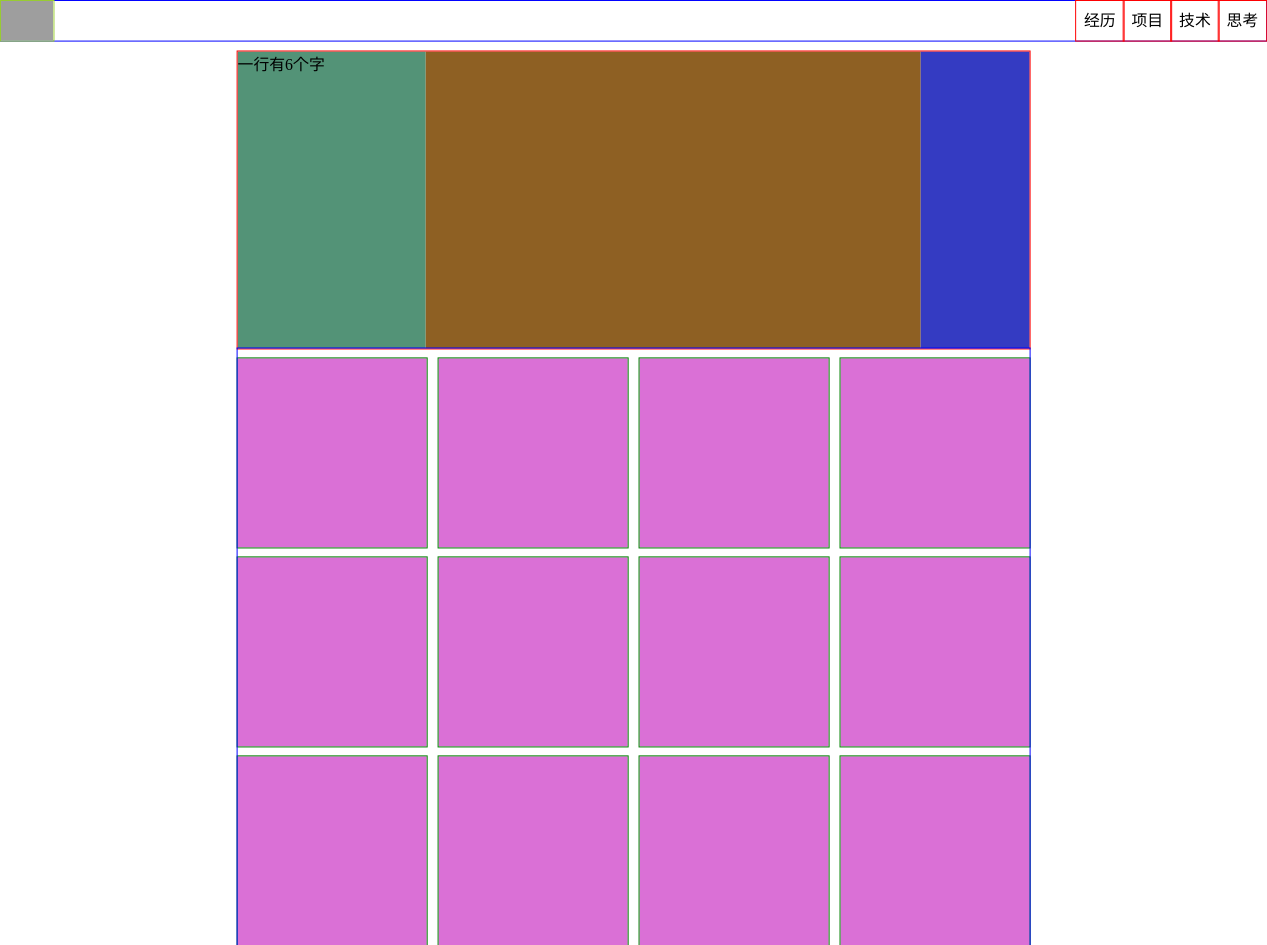
Repository: Lixianlai-2/Css-practice
Page: flex布局/index.html
The author's editor kept a copy of each file at every save. The page is drawn from the files as they stood at one save, then again after the next save.
The browser window is 1280 px wide. The pictures show the whole page, at 99% of full size.
Pictures or frames that could not be fetched are drawn as grey boxes.

Above is the page before, as saved 2021-12-04 11:28:55.

After the next save:
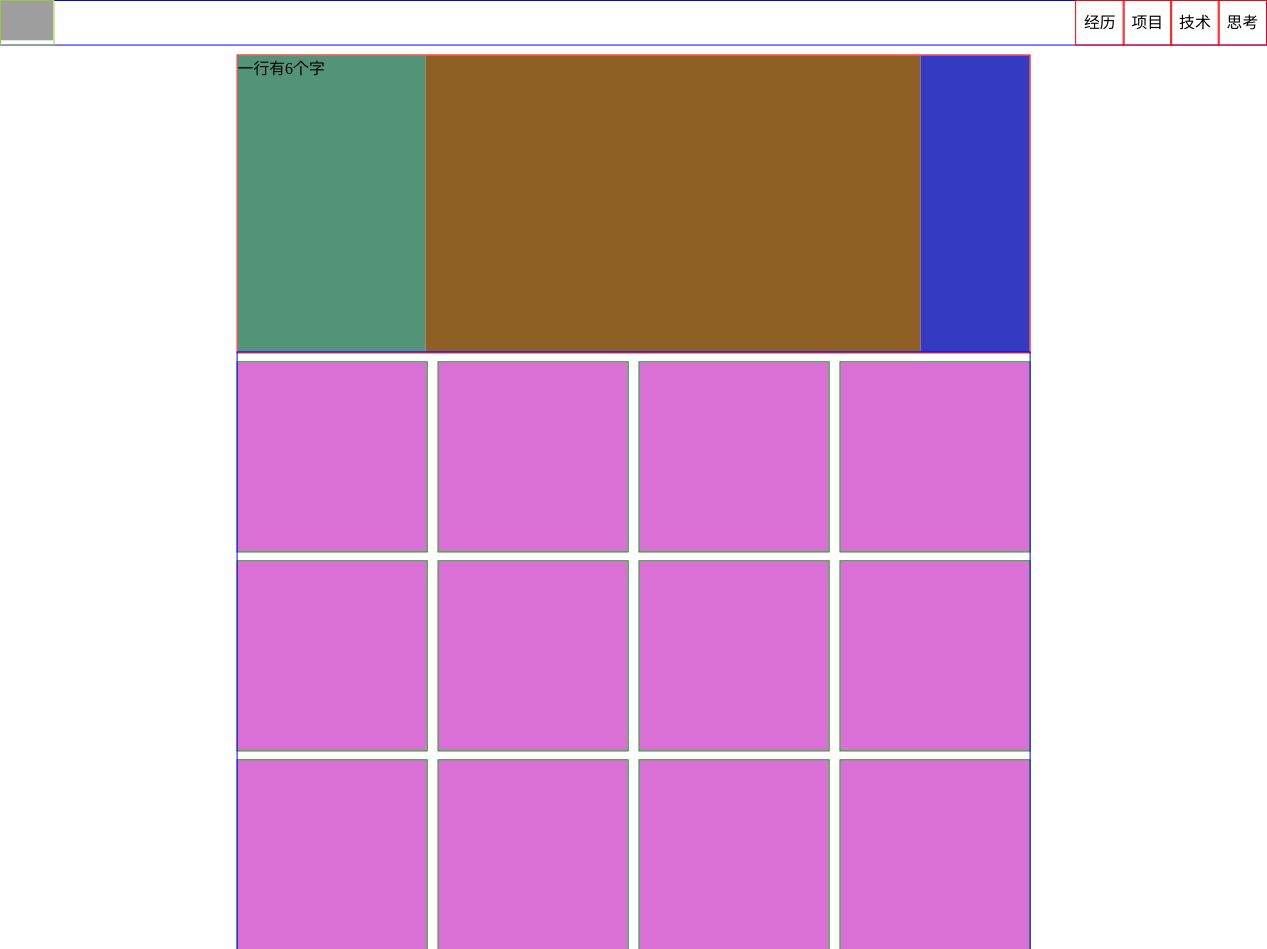
Saved 2 min 8 s later.
--- a/flex布局/style.css
+++ b/flex布局/style.css
@@ -41,7 +41,7 @@ header {
 
 ul > li {
   outline: 1px solid red;
-  line-height: 32px;
+  line-height: 36px;
   padding: 4px 0.5em;
 }
 
